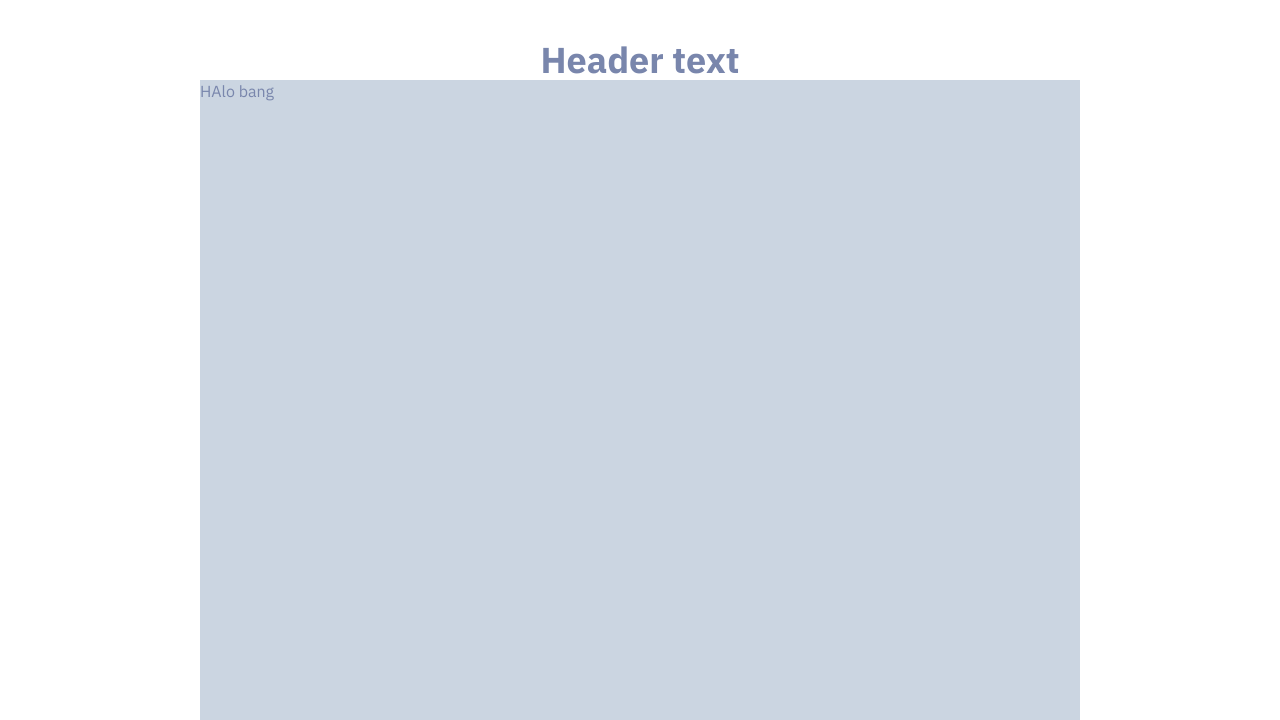
Repository: KilluaProject/image-ai
Page: /
These files come from the project's save history. The page is drawn as it stood at one moment and after the next save; the edit follows.
The browser window is 1280 px wide. The pictures show the whole page.
An inner scrolling area shows only its first screen. The project was rebuilt for these pictures with package versions that can differ from the ones it lists, and the page was loaded fresh each time. The framework's server and built-in components were replaced by stand-ins that run in the browser. Also part of the build but not shown: next.config.mjs.

Above is the page before, as saved 2024-06-20 15:33:23.

After the next save:
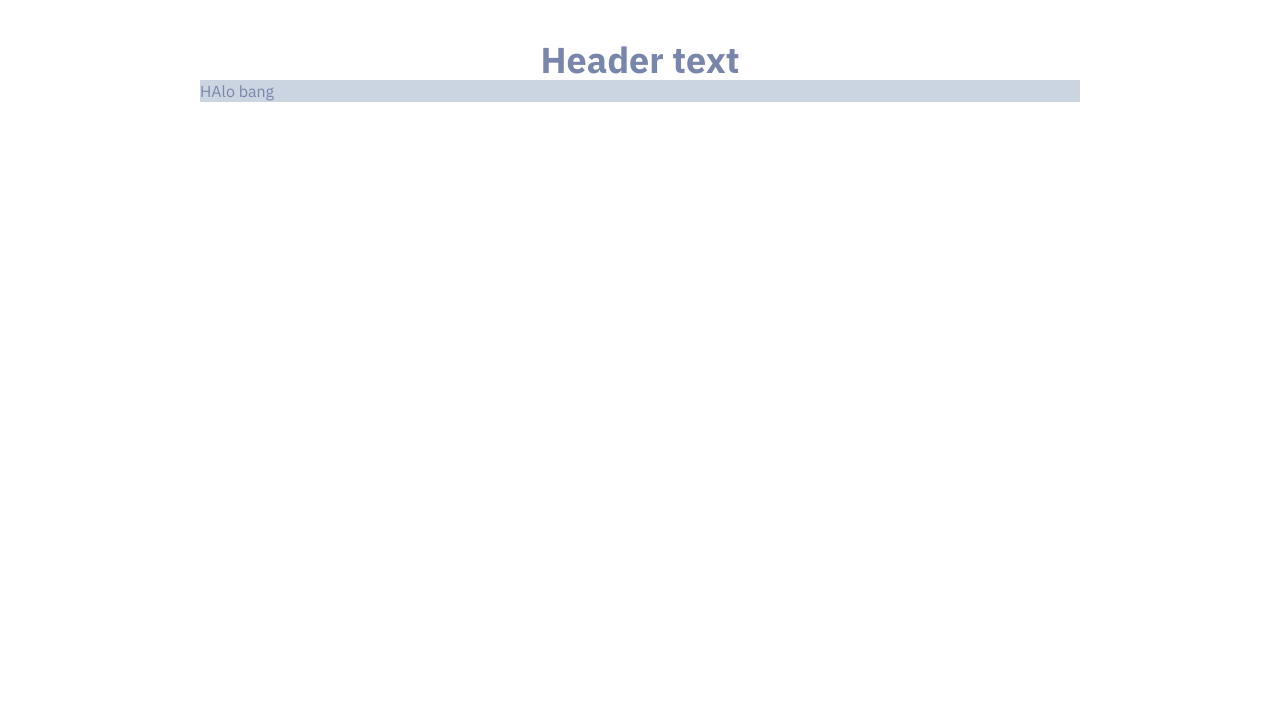
Saved 9 s later.
--- a/app/(root)/page.tsx
+++ b/app/(root)/page.tsx
@@ -8,7 +8,7 @@
         <div className="">
           <h1 className='text-4xl text-center font-bold '>Header text</h1>
         </div>
-        <div className='flex justify-between min-h-screen w-full mx-auto bg-slate-300'>
+        <div className='flex justify-between w-full mx-auto bg-slate-300'>
           <div>
             <h1>HAlo bang</h1>
           </div>

After the 3 saves that followed:
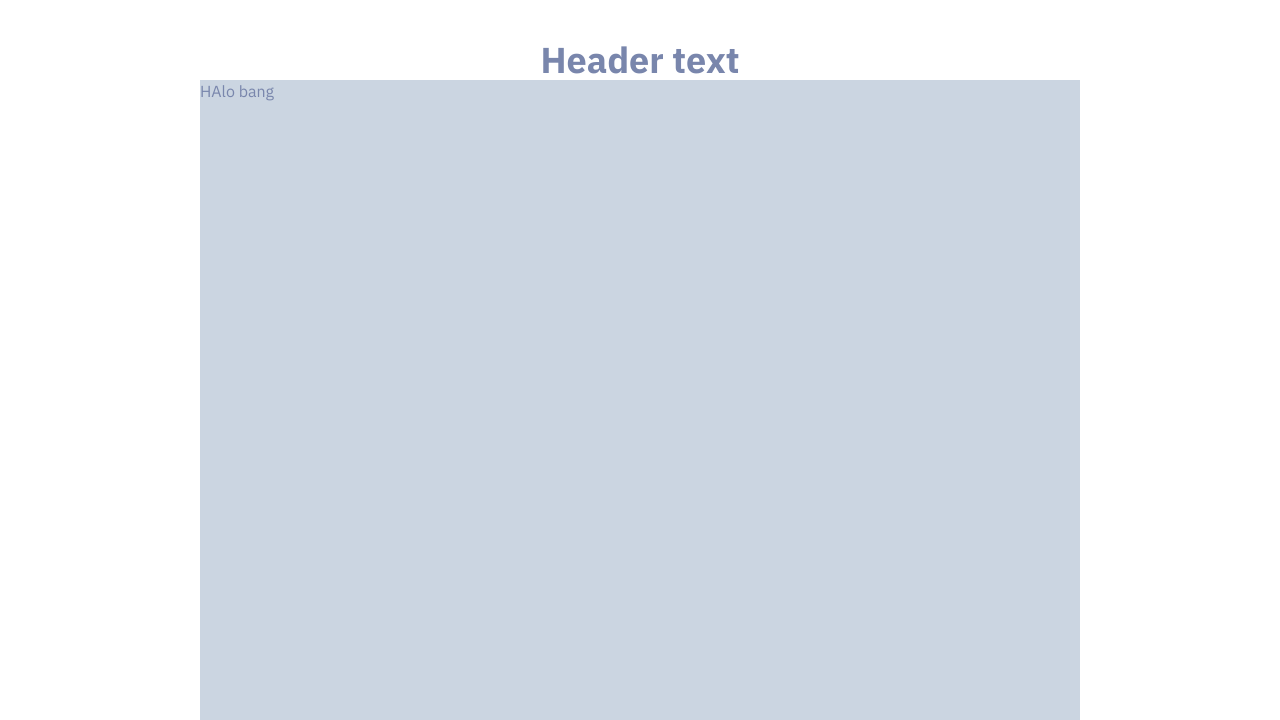
The 3 saves are shown as one change because 2 left the picture as it was.
The last was saved 30 s later.
--- a/app/(root)/page.tsx
+++ b/app/(root)/page.tsx
@@ -8,7 +8,7 @@
         <div className="">
           <h1 className='text-4xl text-center font-bold '>Header text</h1>
         </div>
-        <div className='flex justify-between w-full mx-auto bg-slate-300'>
+        <div className='flex justify-between min-h-screen w-full mx-auto bg-slate-300'>
           <div>
             <h1>HAlo bang</h1>
           </div>
